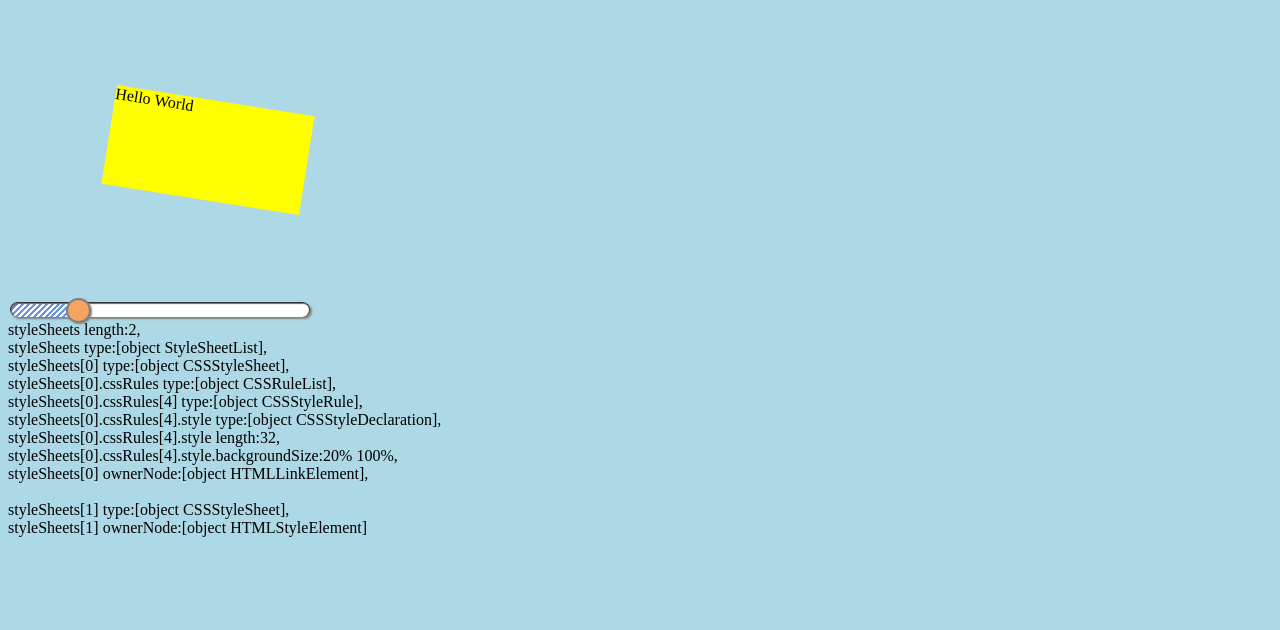
Repository: Jhin7782/HBuilder-Projects
Page: 【CSS】/动画/2d/transform/get-styleSheet.cssRules[i].style.html
These files come from the project's save history. The page is drawn as it stood at one moment and after the next save; the edit follows.
The browser window is 1280 px wide. The pictures show the whole page.

Above is the page before, as saved 2017-06-13 15:13:47.

After the next save:
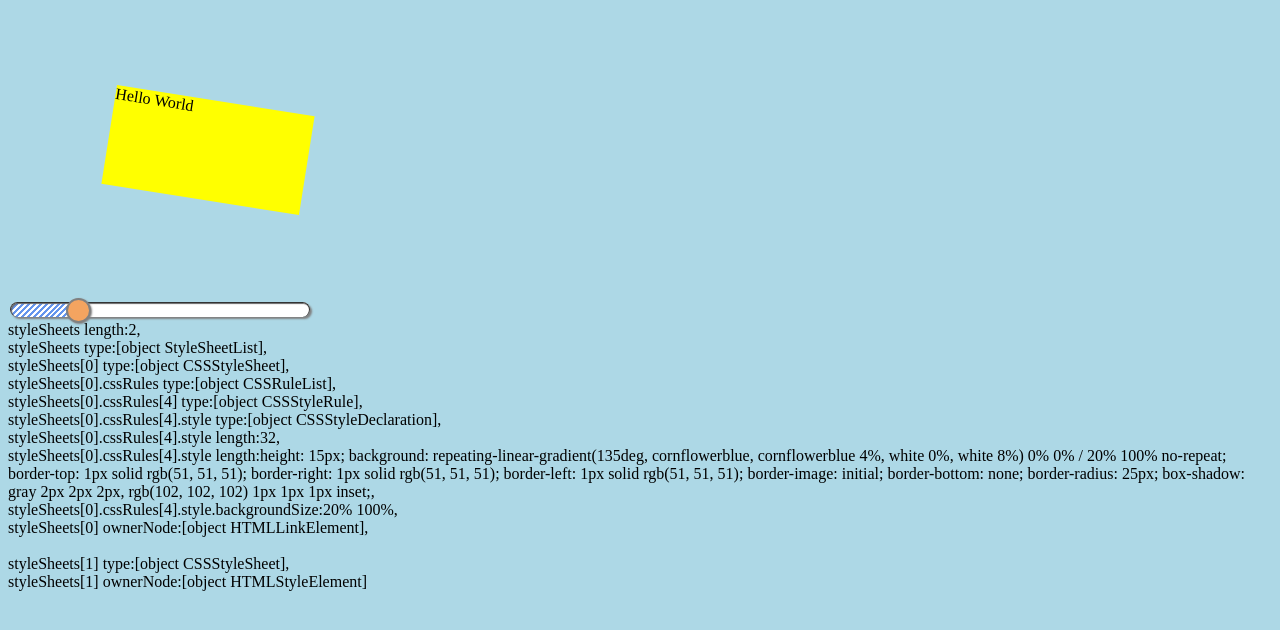
Saved 2 min 44 s later.
--- a/【CSS】/动画/2d/transform/get-styleSheet.cssRules[i].style.html
+++ b/【CSS】/动画/2d/transform/get-styleSheet.cssRules[i].style.html
@@ -44,6 +44,7 @@
 				",<br />styleSheets[0].cssRules[4] type:" + styleSheet0.cssRules[4] +
 				",<br />styleSheets[0].cssRules[4].style type:" + styleSheet0.cssRules[4].style +
 				",<br />styleSheets[0].cssRules[4].style length:" + styleSheet0.cssRules[4].style.length +
+				",<br />styleSheets[0].cssRules[4].style length:" + styleSheet0.cssRules[4].style.cssText +
 				",<br />styleSheets[0].cssRules[4].style.backgroundSize:" + styleSheet0.cssRules[4].style.backgroundSize +
 				",<br />styleSheets[0] ownerNode:" + styleSheet0.ownerNode +
 				",<br /><br />styleSheets[1] type:" + styleSheet1 +
